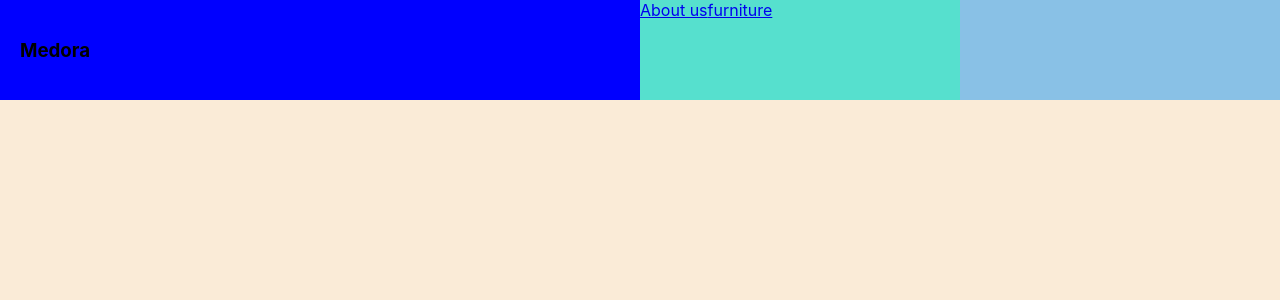
Repository: SbuKhoza/medora
Page: /
These files come from the project's save history. The page is drawn as it stood at one moment and after a run of saves; the edit follows.
The browser window is 1280 px wide. The pictures show the whole page.
The project was rebuilt for these pictures with package versions that can differ from the ones it lists, and the page was loaded fresh each time.

Above is the page before, as saved 2024-07-09 13:50:15.

After the next 3 saves:
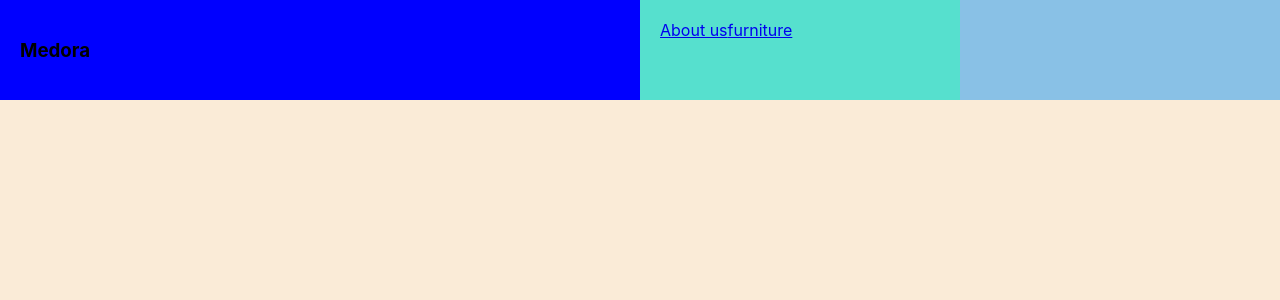
The 3 saves are shown as one change because they came seconds apart.
The last was saved 11 s later.
--- a/src/App.css
+++ b/src/App.css
@@ -36,5 +36,5 @@ body {
 }
 
 .menucenter {
-  ma
+  margin: 20px;
 }
